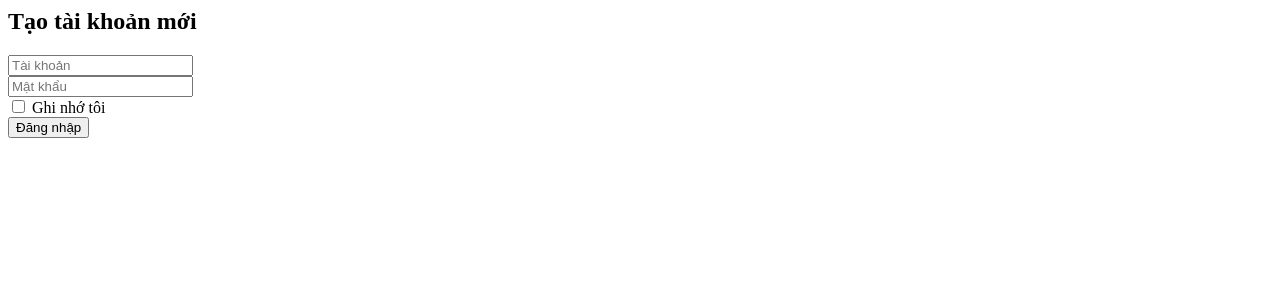
Repository: NguyenNgocThaoo/Nguyen-Ngoc-Thao-22133051
Page: http://localhost/LapTrinhWeb/views/login.jsp
The author's editor kept a copy of each file at every save. The page is drawn from the files as they stood at one save, then again after the next save.
The browser window is 1280 px wide. The pictures show the whole page.
The page is served by Tomcat 10.

Above is the page before, as saved 2024-09-07 12:33:18.

After the next save:
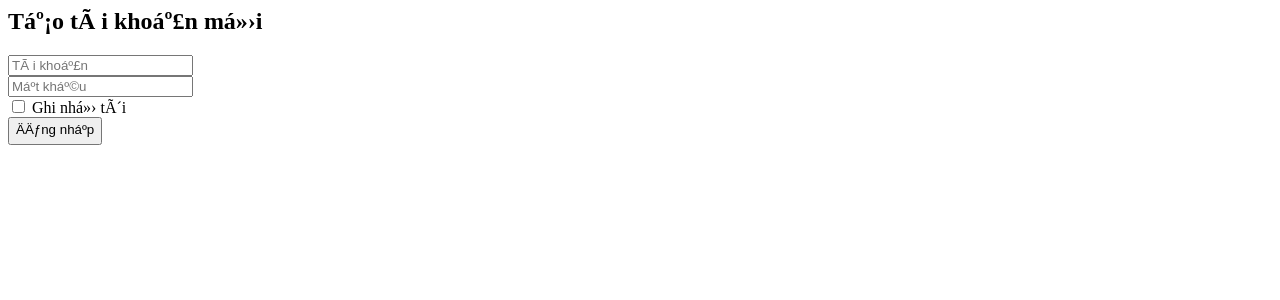
Saved 3 min 2 s later.
--- a/LapTrinhWeb/src/main/webapp/views/login.jsp
+++ b/LapTrinhWeb/src/main/webapp/views/login.jsp
@@ -1,5 +1,4 @@
 <form action="login" method="post">
-    <%@ page contentType="text/html; charset=UTF-8" pageEncoding="UTF-8" %>
     <h2>Tạo tài khoản mới</h2>
     <c:if test="${alert != null}">
         <h3 class="alert alert-danger">${alert}</h3>

After the save that followed:
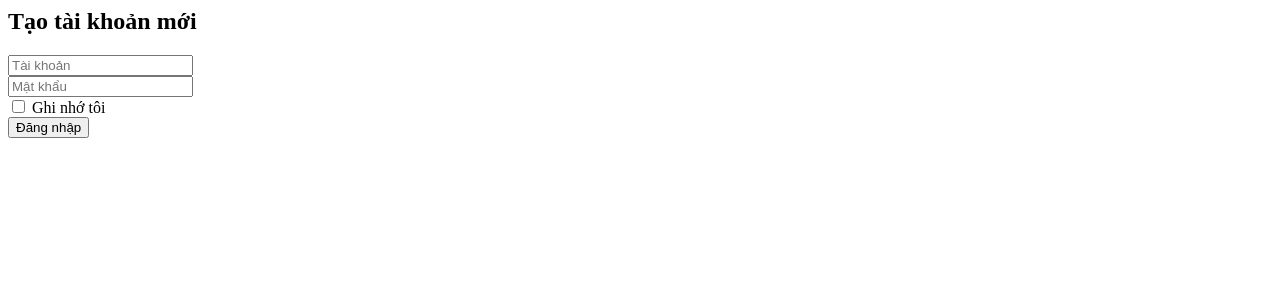
Saved 58 s later.
--- a/LapTrinhWeb/src/main/webapp/views/login.jsp
+++ b/LapTrinhWeb/src/main/webapp/views/login.jsp
@@ -1,4 +1,5 @@
 <form action="login" method="post">
+ <%@ page contentType="text/html; charset=UTF-8" pageEncoding="UTF-8" %>
     <h2>Tạo tài khoản mới</h2>
     <c:if test="${alert != null}">
         <h3 class="alert alert-danger">${alert}</h3>
